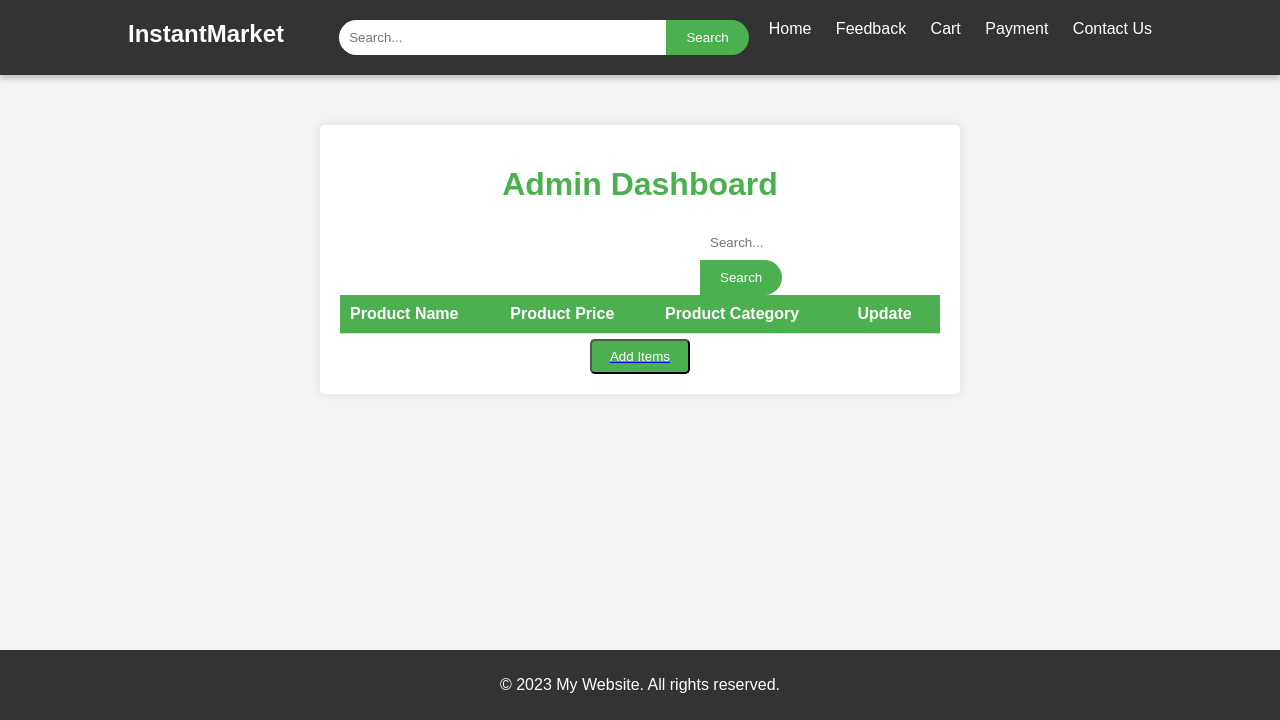
Repository: UrinduYatawakaa/OOP_project
Page: http://localhost/ProductDemo/AllServlet
The author's editor kept a copy of each file at every save. The page is drawn from the files as they stood at one save, then again after the next save.
The browser window is 1280 px wide. The pictures show the whole page.
The page is served by Tomcat 9. Other server files are loaded and not shown. Queries for data that is not in the repository find no rows.

Above is the page before, as saved 2023-10-25 18:39:15.

### oop project/ProductDemo/src/main/webapp/searchbarAdmin.jsp
<%@ page language="java" contentType="text/html; charset=ISO-8859-1"
    pageEncoding="ISO-8859-1"%>
    <%@taglib prefix="c" uri="http://java.sun.com/jsp/jstl/core"%>

<!DOCTYPE html>
<html lang="en">

<head>
    <meta charset="UTF-8">
    <meta name="viewport" content="width=device-width, initial-scale=1.0">
    <link rel="stylesheet" href="css/category.css" type="text/css">
    <link rel="stylesheet" href="css/stylesheader.css" type="text/css">
    <title>Simple Grocery Cart</title>
</head>

<body>
 <header>
        <div class="container">
            <h1>InstantMarket</h1>
            <nav>
                <ul>
                    <li><a href="#">Home</a></li>
                    <li><a href="#">Feedback</a></li>
                    <li><a href="#">Cart</a></li>
                    <li><a href="#">Payment</a></li>
                    <li><a href="#">Contact Us</a></li>
                </ul>
            </nav>
            <div class="search-bar">
                <form action="log" method="post">
                    <input type="text" name="ProductName" placeholder="Search...">
                    <input type="submit" name="submit" value="Search">
                </form>
            </div>

        </div>
    </header>

    <div class="container2">
        <table class="cart">
        <h1>Admin Dashboard</h1>
            <thead>
            <div class="search-bar">
                <form action="log" method="post">
                    <input type="text" name="ProductName" placeholder="Search...">
                    <input type="submit" name="submit" value="Search">
                </form>
            </div>
                <tr>
                    <th>Product Name</th>
                    <th>Product Price</th>
                    <th>Product Category</th>
                    <th>Update</th>
                </tr>
            </thead>
            <c:forEach var="product" items = "${productDetails}" >

            <c:set var="id" value="${product.id}"/>
            <c:set var="name" value="${product.name}"/>
            <c:set var="price" value="${product.price}"/>
            <c:set var="category" value="${product.category}"/>

            <c:url value="updateProduct.jsp" var="productUpdate">
		    <c:param name="id" value="${id}"/>
		    <c:param name="name" value="${name}"/>
		    <c:param name="price" value="${price}"/>
		    <c:param name="category" value="${category}"/>
	        </c:url>

            <tbody>
                <tr>
                    <td>${product.name}</td>
                    <td>${product.price}</td>
                    <td>${product.category}</td>

                    <td>
                        <a href="${productUpdate}">
                            <input type="button" name="update" value="update value"  class="add-to-cart-button">
                            </a>
                    </td>
                </tr>

        </c:forEach>
        </tbody>

        </table>
         <a href="ProductInsert.jsp">
         <input type="button" name="update" value="Add Items"  class="add-to-cart-button">
        </a>

    </div>

      <footer>
        <div class="container">
            <p>&copy; 2023 My Website. All rights reserved.</p>
        </div>
    </footer>
</body>


</html>

### oop project/ProductDemo/src/main/java/com/product/AllServlet.java
package com.product;

import java.io.IOException;
import java.util.List;

import javax.servlet.RequestDispatcher;
import javax.servlet.ServletException;
import javax.servlet.annotation.WebServlet;
import javax.servlet.http.HttpServlet;
import javax.servlet.http.HttpServletRequest;
import javax.servlet.http.HttpServletResponse;

@WebServlet("/AllServlet")
public class AllServlet extends HttpServlet {
	private static final long serialVersionUID = 1L;

	protected void doGet(HttpServletRequest request, HttpServletResponse response) throws ServletException, IOException {
		String category = request.getParameter("category");

		List<Product> productDetails = ProductDBUtil.getAll();
			request.setAttribute("productDetails", productDetails);

			RequestDispatcher dis = request.getRequestDispatcher("searchbarAdmin.jsp");
			dis.forward(request, response);



	}

}

### oop project/ProductDemo/src/main/java/com/product/ProductDBUtil.java
package com.product;
import java.sql.Connection;
import java.sql.DriverManager;
import java.sql.PreparedStatement;
import java.sql.ResultSet;
import java.sql.Statement;
import java.util.ArrayList;
import java.util.List;


public class ProductDBUtil {

	private static boolean isSuccess;
	private static Connection con = null;
	private static Statement stmt = null;
	private static ResultSet rs = null;

	public static List<Product> getProduct (String name){

		ArrayList<Product> product = new ArrayList<>();



		try {
			//String sql = "select * from product_details where product_name='%''"+name+"''%'";
			con = DBConnect.getConnction();
			stmt = con.createStatement();
			String sql = "SELECT * FROM product_details WHERE product_name LIKE '%" + name + "%'";
			rs = stmt.executeQuery(sql);

			if(rs.next()) {
				int id = rs.getInt(1);
				String productName = rs.getString(2);
				double price = rs.getDouble(3);
				String category = rs.getString(4);

				Product p = new Product(id,productName,price,category);
				product.add(p);
			}

		} catch (Exception e) {
			e.printStackTrace();
		}



		return product;

	}

	public static boolean InsertProduct(String name, String price, String category) {

		boolean isSuccess = false;


		try {
			con = DBConnect.getConnction();
			stmt = con.createStatement();
            double Price = Double.parseDouble(price); // Convert the String to a double

			String sql = "insert into product_details values (0,'"+name+"','"+Price+"','"+category+"')";
			int rs = stmt.executeUpdate(sql); //update to query

			if(rs>0) {
				isSuccess = true;
			} else {
				isSuccess = false;
			}

		} catch (Exception e) {
			e.printStackTrace();
		}


		return isSuccess;
	}

	public static boolean updateProduct(String id, String name, String price, String category) {

		try {
			con = DBConnect.getConnction();
			stmt = con.createStatement();

			double Price = Double.parseDouble(price);

			String sql = "update product_details set product_name='"+name+"', product_price='"+Price+"', product_category='"+category+"' where idproduct_details='"+id+"'";
			int rs = stmt.executeUpdate(sql);

			if(rs > 0) {
				isSuccess = true;
			} else {
				isSuccess = false;
			}

		} catch (Exception e) {
			e.printStackTrace();
		}

		return isSuccess;
	}

	public static List<Product> getProdcutDetails(String id){

		int convertID = Integer.parseInt(id);

		ArrayList<Product> product = new ArrayList<>();

		try {

			con = DBConnect.getConnction();
			stmt = con.createStatement();
			String sql = "SELECT * FROM product_details WHERE idproduct_details='" + convertID + "'";
			rs = stmt.executeQuery(sql);

			while(rs.next()) {
				int ID = rs.getInt(1);
				String productName = rs.getString(2);
				double price = rs.getDouble(3);
				String category = rs.getString(4);

				Product p = new Product(ID,productName,price,category);
				product.add(p);
			}


		} catch (Exception e) {
			e.printStackTrace();
		}

		return product;
	}


	public static List<Product> getCategory(String category){


		ArrayList<Product> product = new ArrayList<>();

		try {

			con = DBConnect.getConnction();
			stmt = con.createStatement();
			String sql = "SELECT * FROM product_details WHERE product_category='" + category + "'";
			rs = stmt.executeQuery(sql);

			while(rs.next()) {
				int ID = rs.getInt(1);
				String productName = rs.getString(2);
				double price = rs.getDouble(3);
				String categoryy = rs.getString(4);

				Product p = new Product(ID,productName,price,categoryy);
				product.add(p);
			}


		} catch (Exception e) {
			e.printStackTrace();
		}

		return product;
	}

//
public static List<Product> getAll(){


		ArrayList<Product> product = new ArrayList<>();

		try {

			con = DBConnect.getConnction();
			stmt = con.createStatement();
			String sql = "SELECT * FROM product_details";
			rs = stmt.executeQuery(sql);

			while(rs.next()) {
				int ID = rs.getInt(1);
				String productName = rs.getString(2);
				double price = rs.getDouble(3);
				String categoryy = rs.getString(4);

				Product p = new Product(ID,productName,price,categoryy);
				product.add(p);
			}


		} catch (Exception e) {
			e.printStackTrace();
		}

		return product;
	}


}

### oop project/ProductDemo/src/main/java/com/product/DBConnect.java
package com.product;

import java.sql.Connection;
import java.sql.DriverManager;

public class DBConnect {

	private static String url = "jdbc:mysql://localhost:3306/product";
	private static String user = "root";
	private static String password = "1234";
	private static Connection con;

	public static Connection getConnction() {

		try {
			Class.forName("com.mysql.jdbc.Driver");

			con = DriverManager.getConnection(url, user, password);

		} catch (Exception e) {
			System.out.println("Database connection failed!");
		}

		return con;

	}

}

### oop project/ProductDemo/src/main/webapp/css/category.css
@charset "ISO-8859-1";

body {
    font-family: Arial, sans-serif;
    background-color: #fff;
    color: #333;
    margin: 0;
    padding: 0;
}

.container2 {
    max-width: 600px;
    margin: 0 auto;
    padding: 20px;
    background-color: #fff;
    box-shadow: 0 0 10px rgba(0, 0, 0, 0.1);
    border-radius: 5px;
    margin-top: 50px;
    margin-bottom: 50px;
}

.container2 h1 {
    text-align: center;
    color: #4CAF50;
}

.cart {
    width: 100%;
    margin-top: 20px;
    border-collapse: collapse;
}

.cart th, .cart td {
    padding: 10px;
    text-align: left;
    border-bottom: 1px solid #ddd;
}

.cart th {
    background-color: #4CAF50;
    color: #fff;
}

.cart tbody tr:hover {
    background-color: #f5f5f5;
}

.add-to-cart-button {
    display: block;
    width: 100px;
    text-align: center;
    background-color: #4CAF50;
    color: #fff;
    padding: 8px 10px;
    text-decoration: none;
    border-radius: 5px;
    margin: 0 auto;
    margin-top: 5px;
}

.add-to-cart-button:hover {
    background-color: #333;
}

### oop project/ProductDemo/src/main/webapp/css/stylesheader.css
@charset "ISO-8859-1";

body {
    font-family: Arial, sans-serif;
    margin: 0;
    padding: 0;
    background-color: #f4f4f4;
}

.container {
    width: 80%;
    margin: 0 auto;
    overflow: hidden;
}

header {
    background-color: #333;
    color: #fff;
    padding: 20px 0;
    box-shadow: 0px 4px 5px 0px rgba(0, 0, 0, 0.2);
}

header h1 {
    float: left;
    margin: 0;
    font-size: 24px;
}

header h1 span {
    color: #4CAF50;
}

nav ul {
    float: right;
    list-style: none;
    margin: 0;
    padding: 0;
}

nav ul li {
    display: inline;
    margin-left: 20px;
}

nav ul li a {
    color: #fff;
    text-decoration: none;
    transition: color 0.3s;
}

nav ul li a:hover {
    color: #4CAF50;
}

.search-bar{
    width: 40%;
    border-left: 10px;
    float:right;
}
.search-bar form {
    display: flex;
}

.search-bar input[type="text"] {
    padding: 10px;
    border: none;
    border-radius: 20px 0 0 20px;
    margin-right: 0;
    flex: 1;
}

.search-bar input[type="submit"] {
    padding: 10px 20px;
    background-color: #4CAF50;
    color: #fff;
    border: none;
    border-radius: 0 20px 20px 0;
    cursor: pointer;
    transition: background-color 0.3s;
}

.search-bar input[type="submit"]:hover {
    background-color: #45a049;
}

footer {
    background-color: #333;
    color: #fff;
    text-align: center;
    padding: 10px 0;
    position: fixed;
    bottom: 0;
    width: 100%;
}

After the next save:
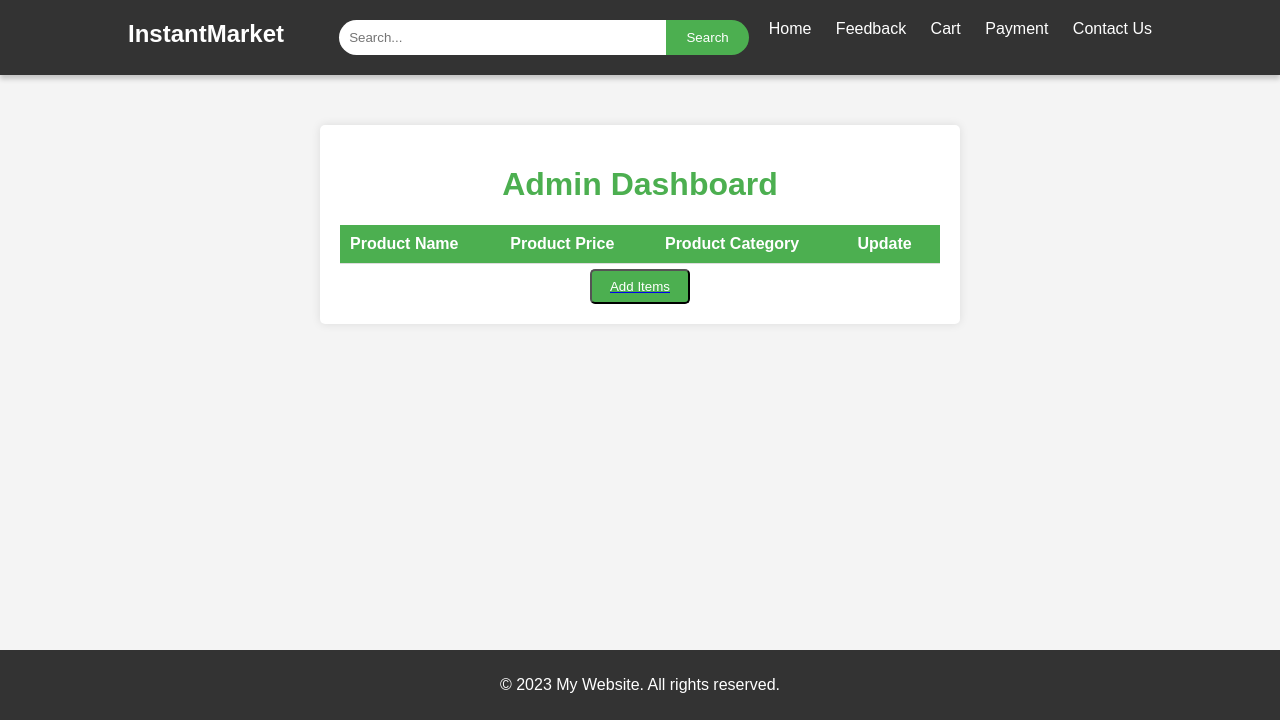
Saved 48 s later.
--- a/oop project/ProductDemo/src/main/webapp/searchbarAdmin.jsp
+++ b/oop project/ProductDemo/src/main/webapp/searchbarAdmin.jsp
@@ -40,12 +40,6 @@
         <table class="cart">
         <h1>Admin Dashboard</h1>
             <thead>
-            <div class="search-bar">
-                <form action="log" method="post">
-                    <input type="text" name="ProductName" placeholder="Search...">
-                    <input type="submit" name="submit" value="Search">
-                </form>
-            </div>
                 <tr>
                     <th>Product Name</th>
                     <th>Product Price</th>
